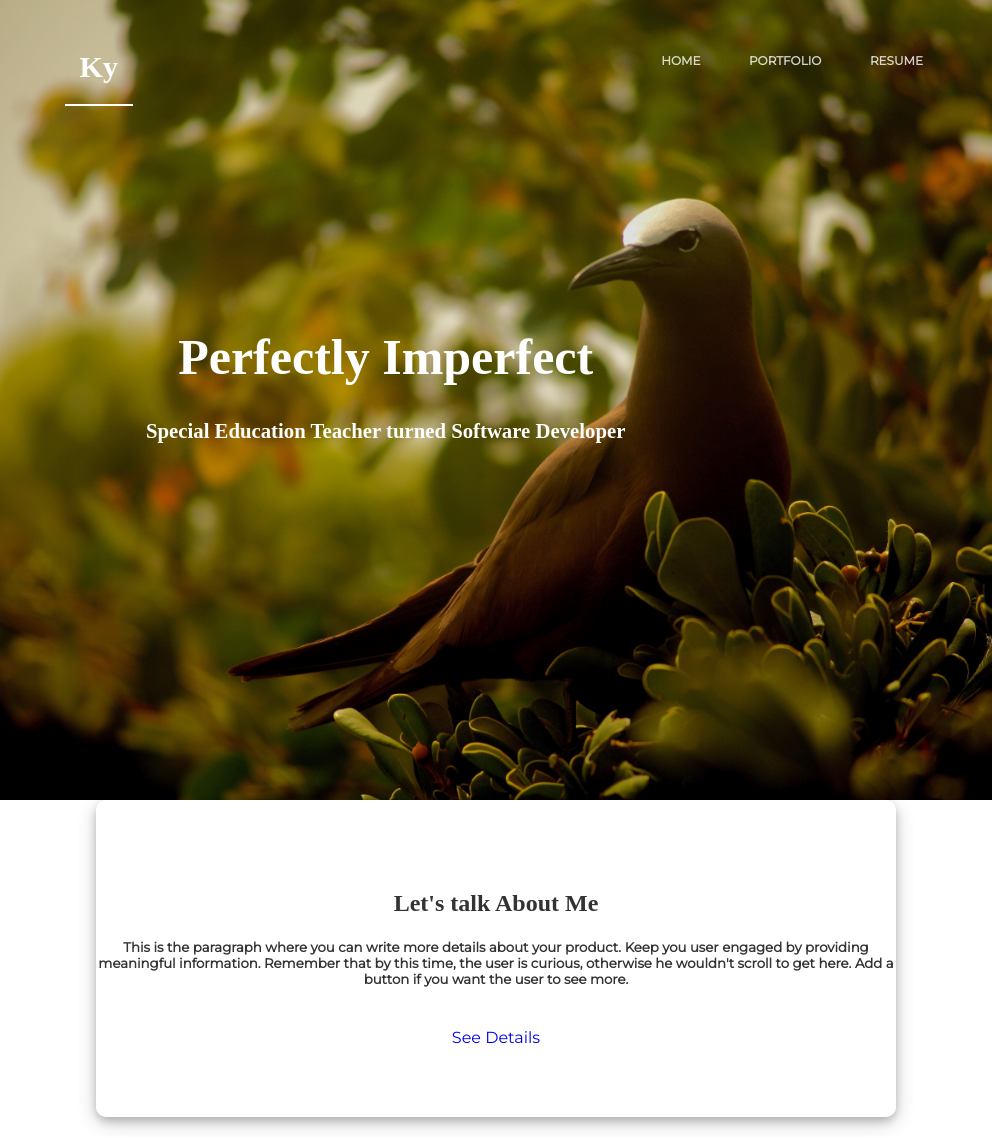
Repository: kkyler24/Perfectly-Imperfect
Page: / (app in imperfect/)
An editor plug-in stored every save of this project. The page is shown before and after the next save, followed by the edit.
The browser window is 992 px wide. The pictures show the whole page.
Some web fonts or font styles are not loaded; a fallback is used. The project was rebuilt for these pictures with package versions that can differ from the ones it lists, and the page was loaded fresh each time.

Above is the page before, as saved 2020-07-23 22:42:35.

After the next save:
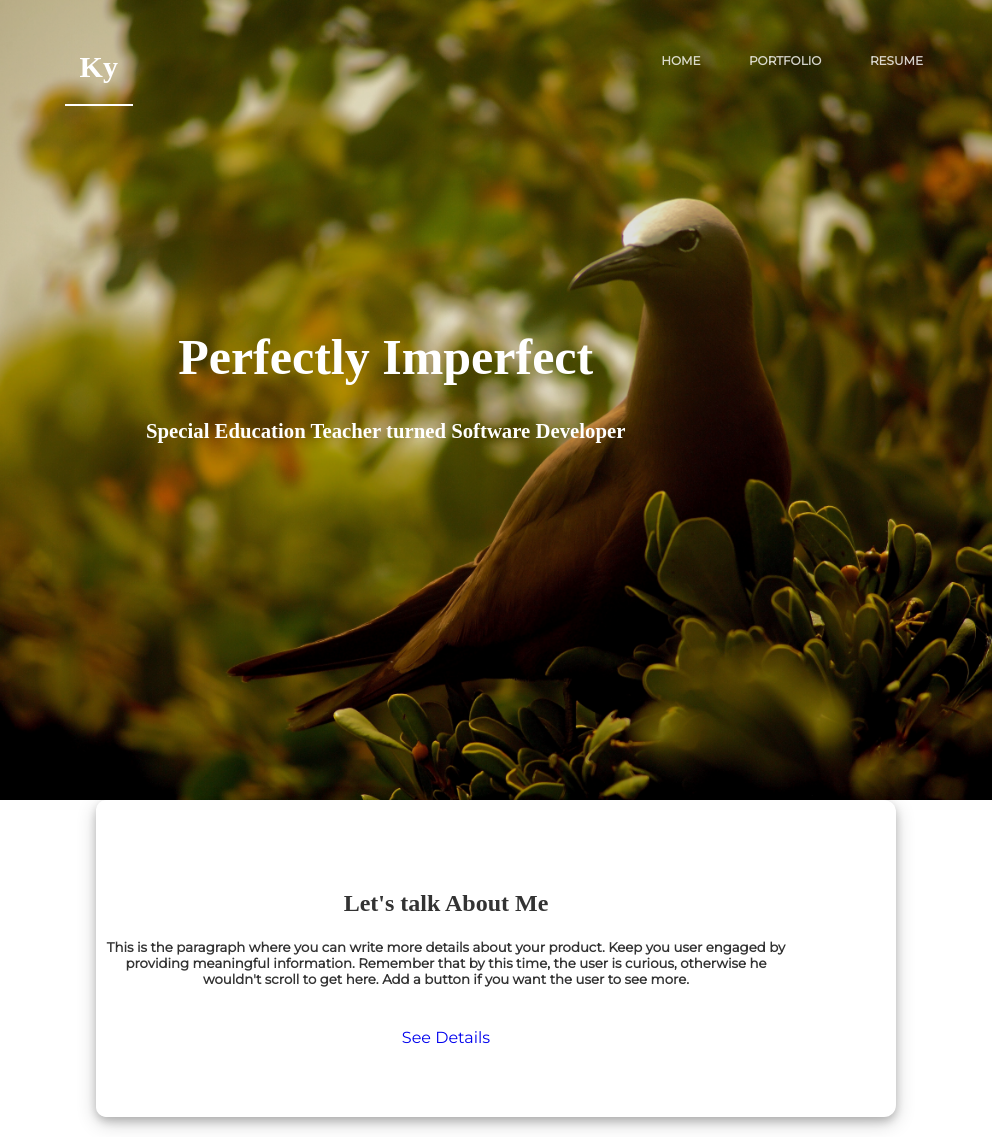
Saved 11 min 57 s later.
--- a/imperfect/src/Components/aboutMeIndex/aboutme.css
+++ b/imperfect/src/Components/aboutMeIndex/aboutme.css
@@ -50,3 +50,15 @@
 .descriptionAB {
   font-family: "Montserrat", sans-serif;
 }
+
+@media (max-width: 992px) {
+  .sectionAB {
+    max-width: 700px;
+  }
+}
+
+@media (min-width: 992px) {
+  .sectionAB {
+    width: 1000px;
+  }
+}
